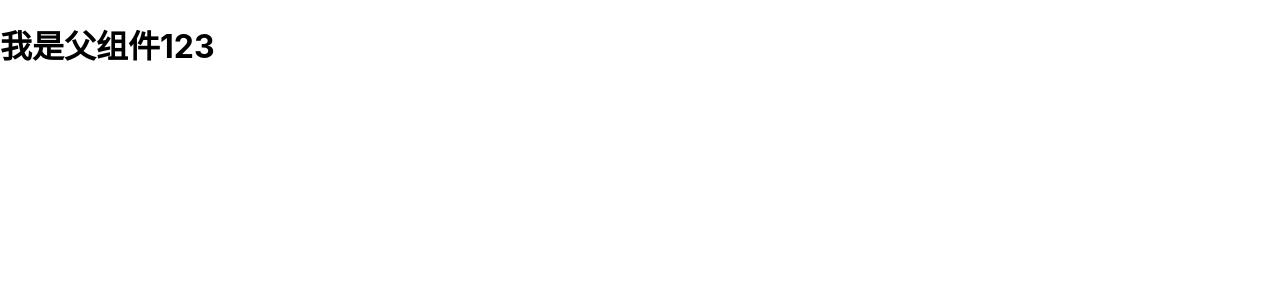
Repository: AprilChou4/cra-demo
Page: / (app in demo7-react生命周期/)
These files come from the project's save history. The page is drawn as it stood at one moment and after the next save; the edit follows.
The browser window is 1280 px wide. The pictures show the whole page.
The project was rebuilt for these pictures with package versions that can differ from the ones it lists, and the page was loaded fresh each time.

Above is the page before, as saved 2021-02-24 13:46:56.

### demo7-react生命周期/src/index.js
import React from 'react';
import ReactDOM from 'react-dom';
import './index.css';
import App from './component/ReactLife/Father';

ReactDOM.render(
  // <React.StrictMode>
  <App />,
  // </React.StrictMode>,
  document.getElementById('root'),
);

### demo7-react生命周期/src/component/ReactLife/Father.jsx
import React from 'react';
import Child from './Child';

class Father extends React.Component {
  // 组件初始化(initialization)阶段
  // Father类继承了react Component这个基类，也就继承这个react的基类，才能有render(),生命周期等方法可以使用，这也说明为什么函数组件不能使用这些方法的原因。
  //   super(props)用来调用基类的构造方法( constructor() ), 也将父组件的props注入给子组件，功子组件读取(组件中props只读不可变，state可变)。
  // 而constructor()用来做一些组件的初始化工作，如定义this.state的初始内容。
  constructor(props) {
    super(props);
    this.state = {
      fatherAge: 3123,
      age: 24,
      name: 'king',
    };
  }

  componentWillMount() {
    console.log('----father----componentWillMount------');
    this.setState({
      fatherAge: 123,
    });
  }

  componentDidMount() {
    console.log('----father----componentDidMount------');
    this.setState({
      fatherAge: 123,
    });
  }
  componentWillReceiveProps(nextProps) {
    console.log('----father----componentWillReceiveProps------');
  }
  shouldComponentUpdate(nextProps) {
    console.log('----father----shouldComponentUpdate------');
    return true;
  }

  render() {
    const { name, age, fatherAge } = this.state;
    console.log('----father----render------');
    return (
      <div className="app">
        <h1> 我是父组件{fatherAge}</h1>
        {/* <Child name={name} age={age} /> */}
      </div>
    );
  }
}
export default Father;

### demo7-react生命周期/src/component/ReactLife/Child.jsx
import React, { Component } from 'react';
class Child extends Component {
  componentWillMount() {
    console.log('----child----componentWillMount------');
  }
  componentDidMount() {
    console.log('----child----componentDidMount------');
  }
  render() {
    const { name, age } = this.props;
    console.log(name, age, '----child----render------');

    return (
      <div>
        <h3>
          我是child组件
          <div>
            我叫:{name},今年{age}岁
          </div>
        </h3>
      </div>
    );
  }
}
export default Child;

Loaded but not shown: demo7-react生命周期/public/index.html (common file); demo7-react生命周期/src/index.css (common file)

After the next save:
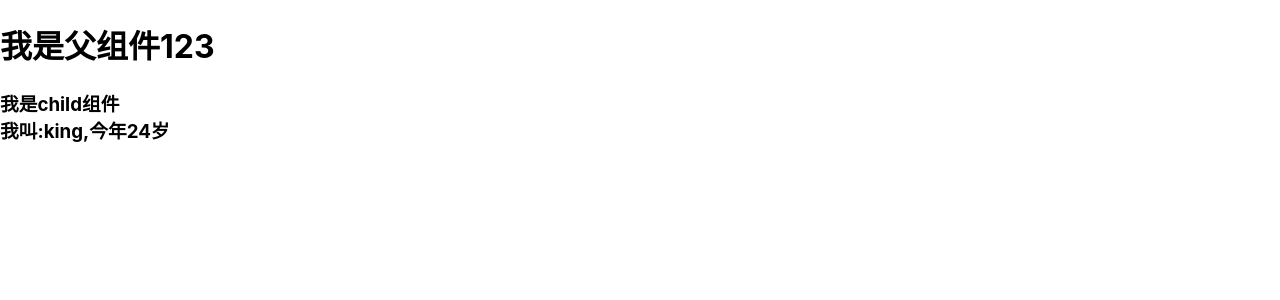
Saved 5 min 52 s later.
--- a/demo7-react生命周期/src/component/ReactLife/Father.jsx
+++ b/demo7-react生命周期/src/component/ReactLife/Father.jsx
@@ -42,7 +42,7 @@ class Father extends React.Component {
     return (
       <div className="app">
         <h1> 我是父组件{fatherAge}</h1>
-        {/* <Child name={name} age={age} /> */}
+        <Child name={name} age={age} />
       </div>
     );
   }
